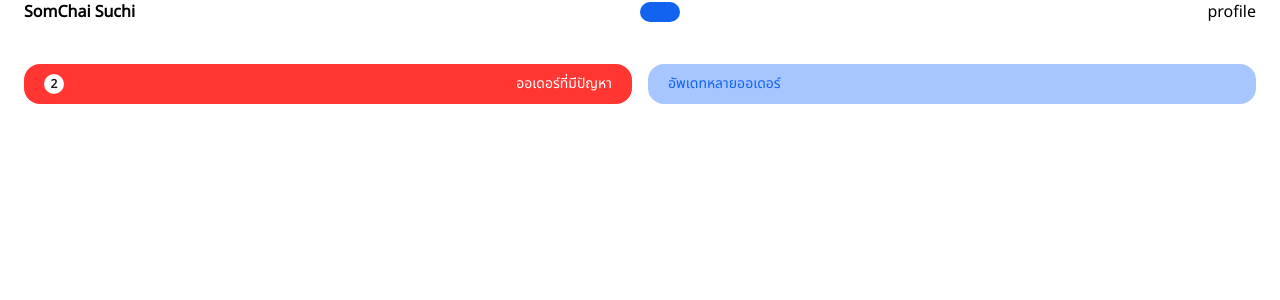
Repository: Pingping1004/food-ordering
Page: / (app in frontend/)
These files come from the project's save history. The page is drawn as it stood at one moment and after the next save; the edit follows.
The browser window is 1280 px wide. The pictures show the whole page.
The project was rebuilt for these pictures with package versions that can differ from the ones it lists, and the page was loaded fresh each time. The framework's server and built-in components were replaced by stand-ins that run in the browser. Also part of the build but not shown: frontend/next.config.ts.

Above is the page before, as saved 2025-06-04 05:26:11.

### frontend/src/app/layout.tsx
import type { Metadata } from "next";
import { Geist, Geist_Mono } from "next/font/google";
import "./globals.css";

const geistSans = Geist({
  variable: "--font-geist-sans",
  subsets: ["latin"],
});

const geistMono = Geist_Mono({
  variable: "--font-geist-mono",
  subsets: ["latin"],
});

export const metadata: Metadata = {
  title: "Create Next App",
  description: "Generated by create next app",
};

export default function RootLayout({
  children,
}: Readonly<{
  children: React.ReactNode;
}>) {
  return (
    <html lang="en">
      <head>
        {/* // Poppins google font api connected */}
          <link rel="preconnect" href="https://fonts.googleapis.com" />
          <link
              rel="preconnect"
              href="https://fonts.gstatic.com"
              crossOrigin="anonymous"
          />

          {/* // Poppins google font api connected */}
          <link href='https://fonts.googleapis.com/css?family=Noto Sans Thai' rel='stylesheet'></link>
      </head>
      <body
        className={`${geistSans.variable} ${geistMono.variable} antialiased`}
      >
        {children}
      </body>
    </html>
  );
}

### frontend/src/app/page.tsx
import { Button } from "@/components/Button";
import CookerHeader from "@/components/cookers/Header";
import { NumberIssued } from "@/components/NumberIssue";

export default function CookerHomePage() {
  return (
    <div>
      <CookerHeader />
      <section className="grid grid-cols-2 px-6 py-10 gap-4">
        <Button
          variant="danger"
          size="md"
          className="flex items-center justify-between"
          icon={<NumberIssued issuedOrder={2} />}
        >
          ออเดอร์ที่มีปัญหา
        </Button>
        <Button
          variant="secondary"
          size="md"
          className="flex items-center justify-between"
        >อัพเดทหลายออเดอร์</Button>
      </section>
    </div>
  );
}

### frontend/src/app/globals.css
@import "tailwindcss";

body {
  font-family: 'Poppins', 'Noto Sans Thai', sans-serif;
}

:root {
  --background: #ffffff;
  --foreground: #171717;
}

@theme inline {
  --color-background: var(--background);
  --color-foreground: var(--foreground);
  --font-sans: var(--font-geist-sans);
  --font-mono: var(--font-geist-mono);
}

@theme {
    --color-danger-main: #FF3632;
    --color-danger-light: #FFB2B0;
    --color-primary-main: #1263F0;
    --color-primary-light: #A7C6FF;
}

@media (prefers-color-scheme: dark) {
  :root {
    --background: #0a0a0a;
    --foreground: #ededed;
  }
}

.bg-primary {
    background-color: #1263F0;
}

.text-primary {
  color: #1E1E1E;
}

.text-secondary {
  color: #1E1E1E;
  opacity: 0.75;
}

.text-tertiary {
  color: #1E1E1E;
  opacity: 0.5;
}
.text-quaternary {
  color: #1E1E1E;
  opacity: 0.25;
}

.poppins-thin {
  font-family: "Poppins", sans-serif;
  font-weight: 100;
  font-style: normal;
}

.poppins-extralight {
  font-family: "Poppins", sans-serif;
  font-weight: 200;
  font-style: normal;
}

.poppins-light {
  font-family: "Poppins", sans-serif;
  font-weight: 300;
  font-style: normal;
}

.poppins-regular {
  font-family: "Poppins", sans-serif;
  font-weight: 400;
  font-style: normal;
}

.poppins-medium {
  font-family: "Poppins", sans-serif;
  font-weight: 500;
  font-style: normal;
}

.poppins-semibold {
  font-family: "Poppins", sans-serif;
  font-weight: 600;
  font-style: normal;
}

.poppins-bold {
  font-family: "Poppins", sans-serif;
  font-weight: 700;
  font-style: normal;
}

.poppins-extrabold {
  font-family: "Poppins", sans-serif;
  font-weight: 800;
  font-style: normal;
}

.poppins-black {
  font-family: "Poppins", sans-serif;
  font-weight: 900;
  font-style: normal;
}

.noto-sans-regular {
  font-family: "Noto Sans Thai", sans-serif;
  font-weight: 400;
  font-style: normal;
}

.noto-sans-bold {
  font-family: "Noto Sans Thai", sans-serif;
  font-weight: 700;
  font-style: normal;
}

### frontend/src/components/Button.tsx
import { cva, VariantProps } from 'class-variance-authority';
import clsx from 'clsx';
import React from 'react';

const button = cva('noto-sans-regular text-sm', {
    variants: {
        variant: {
            primary: 'bg-primary-main text-white',
            secondary: 'bg-primary-light text-primary-main',
            danger: 'bg-danger-main text-white',
            'secondary-danger': 'bg-danger-light text-danger-main',
        },
        size: {
            md: 'px-5 py-2.5 rounded-2xl',
            lg: 'px-6 py-3 rounded-2xl',
            full: 'w-full py-3 rounded-2xl noto-sans-bold',
            half: 'w-1/2 py-2.5 rounded-2xl',
        },
        disabled: {
            true: 'opacity-50 cursor-not-allowed',
            false: 'cursor-pointer',
        }
    },
    defaultVariants: {
        variant: 'primary',
        size: 'md',
        disabled: false,
    },
});

type ButtonProps = React.ButtonHTMLAttributes<HTMLButtonElement> &
    VariantProps<typeof button> & {
        icon?: React.ReactNode;
        iconPosition?: 'start' | 'end';
    };

export const Button = ({
    className,
    variant,
    size,
    disabled,
    icon,
    iconPosition = 'start',
    children,
    ...props
}: ButtonProps) => {
    return (
        <button className={clsx(button({ variant, size, disabled }), className)} {...props}>
            {icon && iconPosition === 'start' && <span>{icon}</span>}
            <span>{children}</span>
            {icon && iconPosition === 'end' && <span>{icon}</span>}
        </button>
    );
}

### frontend/src/components/cookers/Header.tsx
import React from "react";
import { Button } from "../Button";

export default function CookerHeader() {
    return (
        <>
            <header className="w-full flex items-center px-6">
                <div className="grid grid-cols-2 w-full">
                    <div>
                        <h1 className="font-bold">SomChai Suchi</h1>
                    </div>

                    <div className="w-full flex justify-between items-center">
                        <Button></Button>

                        <div>
                            <div className="profile-icon">profile</div>
                        </div>
                    </div>
                </div>
            </header>
        </>
    );
}

### frontend/src/components/NumberIssue.tsx
import React from 'react';

export const NumberIssued = ({ issuedOrder }: { issuedOrder: number }) => {
    return (
        <div className="flex items-center justify-center w-5 h-5 rounded-full bg-white text-primary text-xs noto-sans-bold">
            {issuedOrder > 0 ? issuedOrder : 0}
        </div>
    )
}

After the next save:
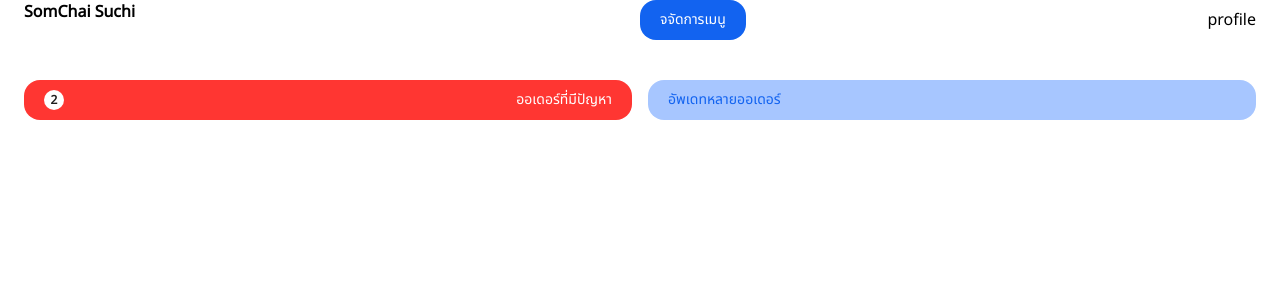
Saved 6 s later.
--- a/frontend/src/components/cookers/Header.tsx
+++ b/frontend/src/components/cookers/Header.tsx
@@ -11,7 +11,7 @@ export default function CookerHeader() {
                     </div>
 
                     <div className="w-full flex justify-between items-center">
-                        <Button></Button>
+                        <Button>จจัดการเมนู</Button>
 
                         <div>
                             <div className="profile-icon">profile</div>
